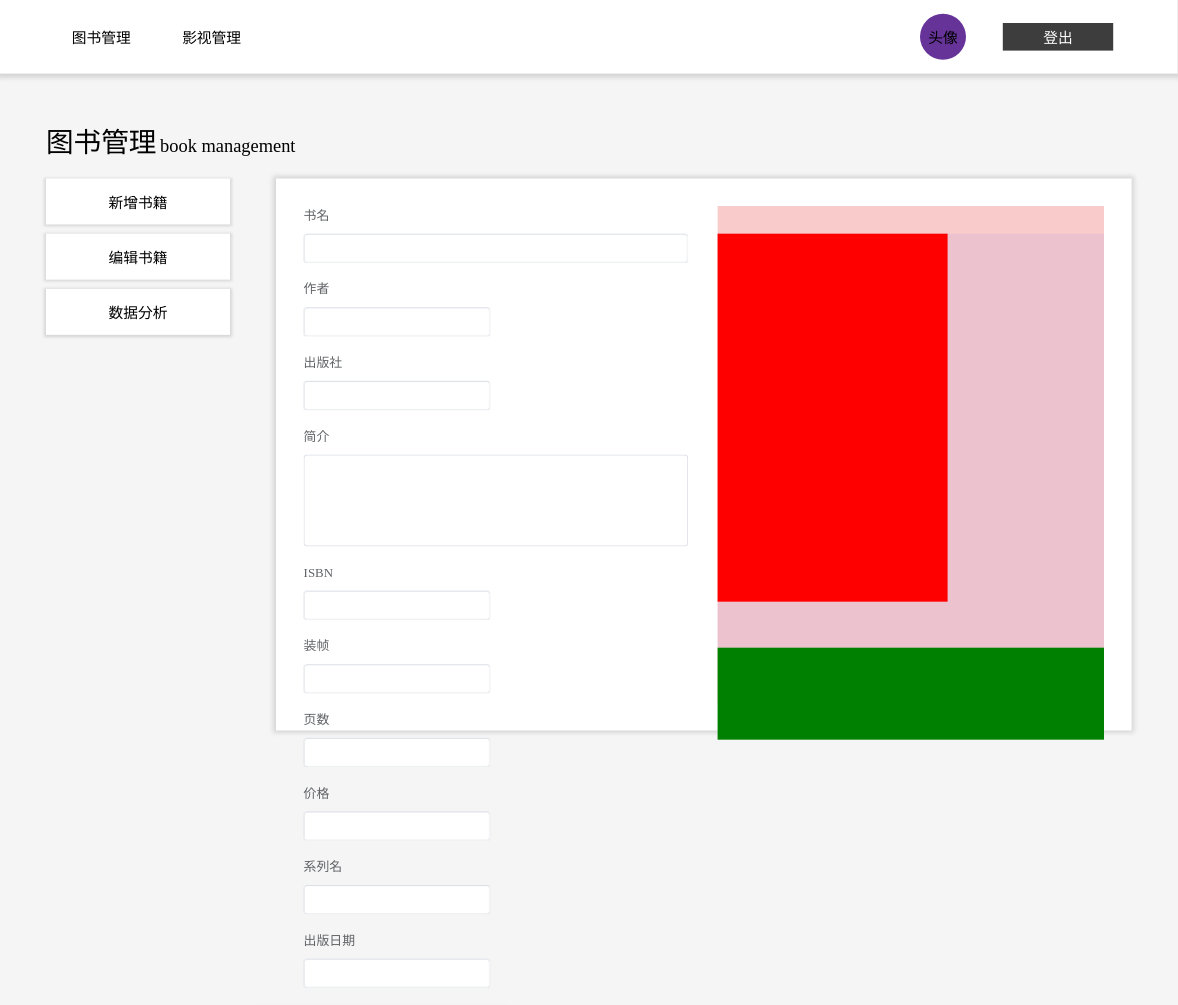
Repository: quanwangniuniu/Oasis-Reading-Platform
Page: /#/admin/books (app in Vue-frontend/)
An editor plug-in stored every save of this project. The page is shown before and after the next save, followed by the edit.
The browser window is 1280 px wide. The pictures show the whole page, at 92% of full size.
Some web fonts or font styles are not loaded; a fallback is used. The project was rebuilt for these pictures with package versions that can differ from the ones it lists, and the page was loaded fresh each time. Also part of the build but not shown: Vue-frontend/vite.config.js, Vue-frontend/src/components/Test.vue, Vue-frontend/src/components/user/books/BookCard.vue, Vue-frontend/src/components/axios/config.js, Vue-frontend/src/components/axios/api.js, Vue-frontend/src/components/user/books/Books.vue, Vue-frontend/src/components/user/movies/Favourites.vue, Vue-frontend/src/components/user/explore/Explore.vue and 10 more.

Above is the page before, as saved 2023-04-13 16:55:54.

### Vue-frontend/index.html
<!DOCTYPE html>
<html lang="en">
  <head>
    <meta charset="UTF-8">
    <meta name="viewport" content="width=device-width, initial-scale=1.0">
    <title>Vite App</title>
    <style>
      *{
        padding: 0px;
        margin: 0px;
      }

      body{
        background-color: rgb(245, 245, 245);
      }
    </style>
  </head>
  <body>
    <div id="app"></div>
    <script type="module" src="/src/main.js"></script>
  </body>
</html>

### Vue-frontend/src/main.js
import { createApp } from 'vue'
import ElementPlus from 'element-plus'
import 'element-plus/dist/index.css'
import App from './App.vue'
import router from './components/router/router'
import * as ElementPlusIconsVue from '@element-plus/icons-vue'
import './assets/font/font.css'
import './assets/css/element.css'

const app = createApp(App)
app.use(router)
app.use(ElementPlus)
app.mount('#app')
for (const [key, component] of Object.entries(ElementPlusIconsVue)) {
    app.component(key, component)
  }

### Vue-frontend/src/App.vue
<script setup>
import Test from './components/Test.vue';
</script>

<template>
  <div>
    <router-view></router-view>
  </div>
</template>

<style scoped>
</style>

### Vue-frontend/src/components/router/router.js
import {createRouter, createWebHashHistory} from 'vue-router'
import Books from '../user/books/Books.vue'
import Movies from '../user/movies/Favourites.vue'
import Explore from '../user/explore/Explore.vue'
import Login from '../user/login/Login.vue'
import SpecificBook from '../user/books/SpecificBook.vue'
import User from '../User.vue'
import Admin from '../Admin.vue'
import UserInfo from '../user/info/UserInfo.vue'
import BookSearch from '../user/books/BookSearch.vue'
import Transit from '../user/books/Transit.vue'
import BookManagement from '../admin/bookManagement/BookManagement.vue'
import MovieManagement from '../admin/movieManagement/MovieManagement.vue'

import {checkUser} from './utils.js'

const router = createRouter({
    history: createWebHashHistory(),
    routes:[
        {path:'/user', component: User, alias:['/'], children:[
            {path:'books', component: Books},
            {path:'search',name:'search', component: BookSearch},
            {path:'transit',name:'transit', component: Transit},
            {path:'books/:id', component: SpecificBook,beforeEnter: checkUser},
            {path:'movies', component: Movies},
            {path:'explore', component: Explore},
            {path:'login', component: Login},
            {path:'info', component: UserInfo, beforeEnter: checkUser},
        ]},
        {path:'/admin', component: Admin,children:[
            {path:'books', component: BookManagement},
            {path:'movies', component: MovieManagement}
        ]}
    ]
})

export default router

### Vue-frontend/src/assets/font/font.css

  @font-face {
    font-family: siyuansongti;
    src: url(./Source_Han_Serif_SC_Light_Light.otf);
    font-weight: normal;
    font-style: normal;
  }

### Vue-frontend/src/assets/css/element.css
.el-textarea__inner{
    resize: none;
    height: 100px;
}

### Vue-frontend/src/components/Admin.vue
<script setup>
import BookManagementVue from './admin/bookManagement/BookManagement.vue';
import AdminHeader from './admin/header/AdminHeader.vue';
</script>

<template>
    <AdminHeader></AdminHeader>
    <router-view></router-view>
</template>

<style scoped>
</style>

### Vue-frontend/src/components/admin/bookManagement/BookManagement.vue
<script setup>
import LeftBar from './LeftBar.vue';
import {ref} from 'vue'


const bookItem = ref({
  title: '',
  author: '',
  publisher: '',
  ISBN: '',
  description: '',
  publish_year: '',
  page:'',
  binding: '',
  price:'',
  seriers:' '
})


</script>

<template>
  <div class="top-container">
    <div class="title">
      <span>图书管理</span>&nbsp;<span>book management</span>
    </div>
  </div>
  <div class="container">
      <LeftBar></LeftBar>
      <div class="panel">
        <div class="book-form">
          <el-form
            label-position="top"
            label-width="100px"
            :model="formLabelAlign"
            style="max-width: 460px"
            :inline="true"
          >
            <el-form-item label="书名" style="width:420px">
              <el-input v-model="bookItem.title" />
            </el-form-item>
            <el-form-item label="作者">
              <el-input v-model="bookItem.author" />
            </el-form-item>
            <el-form-item label="出版社">
              <el-input v-model="bookItem.publisher" />
            </el-form-item>
            <el-form-item label="简介" style="width:420px">
                <el-input v-model="bookItem.description" type="textarea"/>
            </el-form-item>
            <el-form-item label="ISBN">
              <el-input v-model="bookItem.ISBN" />
            </el-form-item>
            <el-form-item label="装帧">
              <el-input v-model="bookItem.binding" />
            </el-form-item>
            <el-form-item label="页数">
              <el-input v-model="bookItem.page" />
            </el-form-item>
            <el-form-item label="价格">
              <el-input v-model="bookItem.price" />
            </el-form-item>
            <el-form-item label="系列名">
              <el-input v-model="bookItem.price" />
            </el-form-item>
            <el-form-item label="出版日期">
              <el-input v-model="bookItem.price" />
            </el-form-item>
          </el-form>
        </div>

        <div class="img-upload-and-submit">
          <div class="img-container">
            <div class="img-upload">

            </div>
          </div>
          <div class="submit">

          </div>
        </div>
      </div>
  </div>

</template>

<style scoped>
.top-container{
  margin: 50px 50px 0px 50px;
  display: flex;
  justify-content: space-between;
}

.title{
  width: 400px;
  font-family: siyuansongti;
}
.container{
  display: flex;
  margin: 20px 50px 0px 50px
}

.title span:nth-child(1){
  font-size: 30px;
}
.title span:nth-child(2){
  font-size: 20px;
}

.panel{
  box-sizing: border-box;
  flex: 1;
  height: 600px;
  background-color: white;
  box-shadow: 0 0 5px 3px rgb(214, 214, 214);
  padding: 30px;
  display: flex;
}

.book-form{
  width: 450px;
}

.img-upload-and-submit{
  flex: 1;
  background-color: rgb(249, 203, 203);
}

.img-container{
  width: 100%;
  height: 450px;
  background-color: rgb(120, 120, 241, 0.1);
}

.img-upload{
  width: 250px;
  height: 400px;
  background-color: red;
  margin: 30px 0px auto;
}

.submit{
  height: 100px;
  width: 100%;
  background-color: green;
}
</style>

### Vue-frontend/src/components/router/utils.js
export const checkUser = (from, to, next) => {
    if(localStorage.getItem('token') === null){
        next('/login')
    }else{
        next()
    }
}

### Vue-frontend/src/components/admin/header/AdminHeader.vue
<script setup>

let logout = () =>{
    localStorage.clear('token')
    localStorage.clear('type')
}

</script>

<template>
    <div>
        <div class="container">
            <div class="left">
                <div class="nav"><router-link to="/admin/books">图书管理</router-link></div>
                <div class="nav"><router-link to="/admin/movies">影视管理</router-link></div>
            </div>

            <div class="right">
                <div class="nav avata"><router-link to="/info">头像</router-link></div>
                <div class="nav login"><router-link to="/explore" @click="logout">登出</router-link></div>
            </div>

        </div>
    </div>

</template>

<style scoped>
.container{
    height: 80px;
    background-color: white;
    /* 边框模糊效果 */
    box-shadow: 0 0 5px 5px rgb(214, 214, 214);
    /* 开启flex布局 */
    display: flex;
    /* 设置元素靠右排列 */
    justify-content: space-between;
    /* 设置元素垂直居中 */
    align-items: center;
}

.left{
    display: flex;
    /* 设置元素垂直居中 */
    align-items: center;
    padding-left: 50px;
}

.right{
    display: flex;
    /* 设置元素垂直居中 */
    align-items: center;
    padding-right: 50px;
}

.nav{
    width: 80px;
    height: 30px;
    margin-left: 20px;
    margin-right: 20px;
    /* 设置nav内部a标签水平居中 */
    text-align: center;
    /* 开启flex局部 */
    display: flex;
    /* 设置nav内部a标签垂直居中 */
    align-items: center;
}

.nav a{
    width: 80px;
    /* 清除a标签默认样式 */
    text-decoration: none;
    color: black;

}

.login{
    width: 120px;
    background-color: rgb(61, 61, 61);
}

.login a{
    width: 1200px;
    color: white;
}

.avata{
    width: 50px;
    height: 50px;
    border-radius: 50%;
    background-color: rebeccapurple;
}


</style>

### Vue-frontend/src/components/admin/bookManagement/LeftBar.vue
<script setup>

</script>

<template>
    <div class="leftbar-container">
        <div class="card">
            新增书籍
        </div>
        <div class="card">
            编辑书籍
        </div>
        <div class="card">
            数据分析
        </div>
    </div>

</template>

<style scoped>
.leftbar-container{
    width: 250px;
    height: 600px;
}

.card{
    width: 200px;
    height: 50px;
    background: white;
    /* 设置卡片阴影 */
    box-shadow: 0px 1px 3px 2px rgb(214, 214, 214);
    /* 开启flex布局 文字水平垂直居中 */
    display: flex;
    justify-content: center;
    align-items:center;
    margin-bottom: 10px;
}

.card:hover{
    transform:scale(1.1);
}
</style>

After the next save:
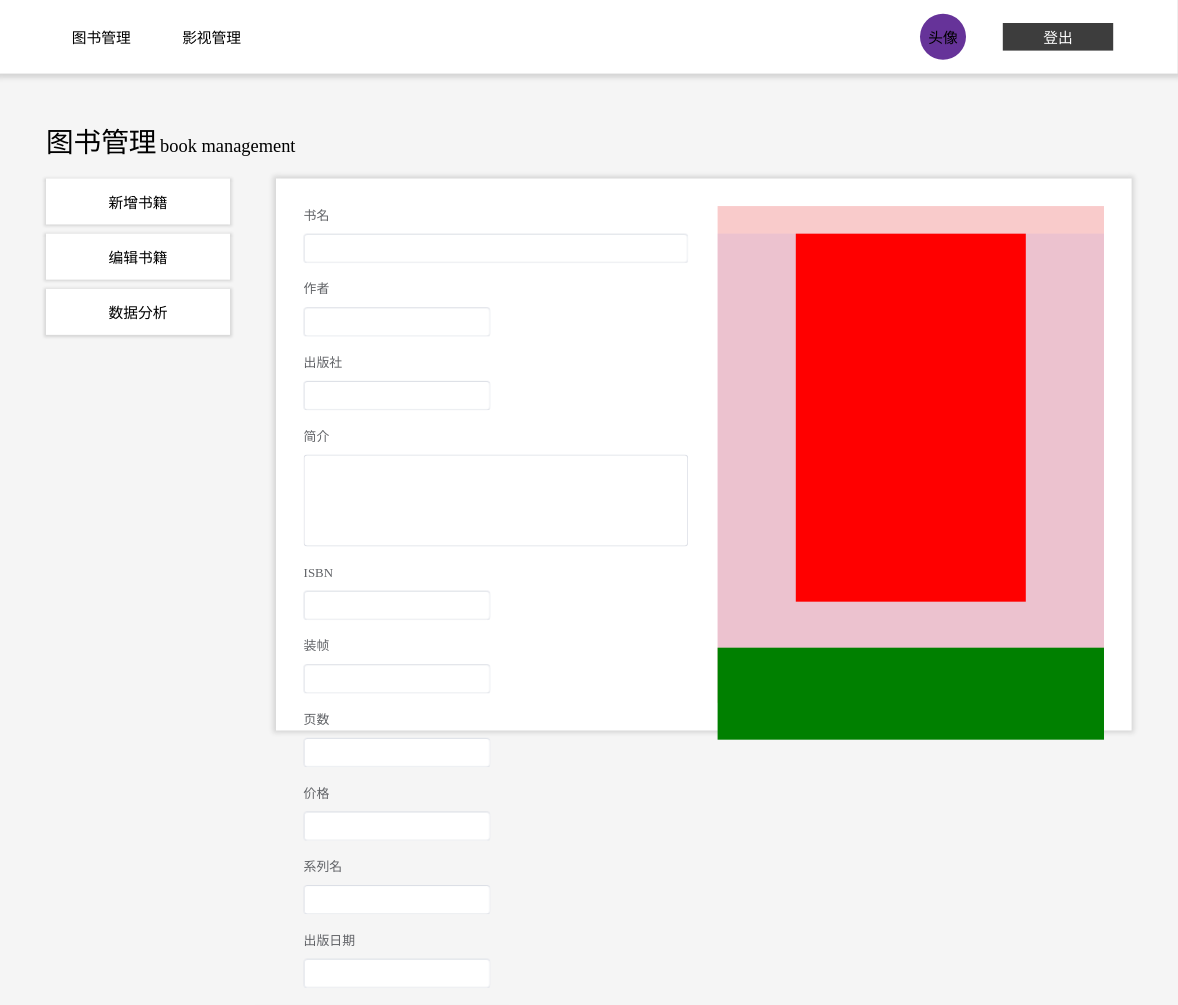
Saved 10 s later.
--- a/Vue-frontend/src/components/admin/bookManagement/BookManagement.vue
+++ b/Vue-frontend/src/components/admin/bookManagement/BookManagement.vue
@@ -136,7 +136,8 @@ const bookItem = ref({
   width: 250px;
   height: 400px;
   background-color: red;
-  margin: 30px 0px auto;
+  margin: 0 auto;
+  margin-top: 30px;
 }
 
 .submit{
